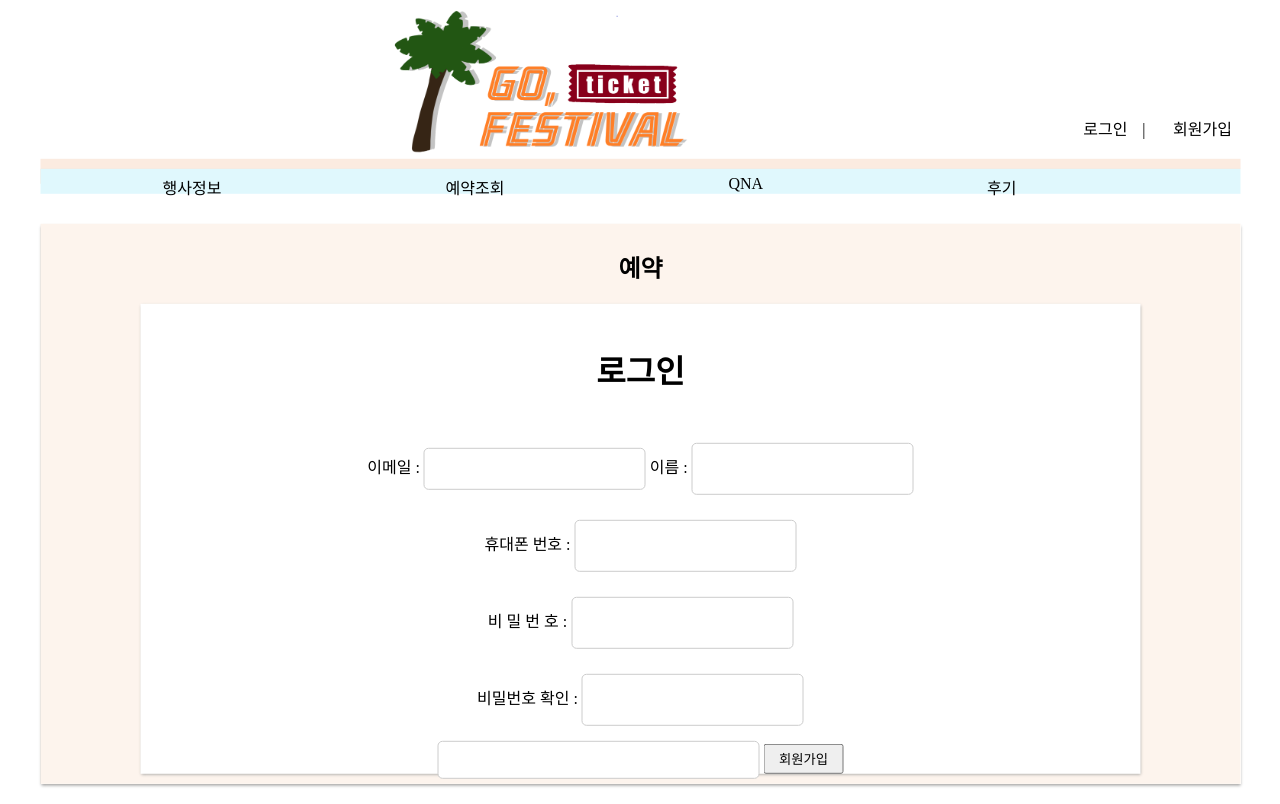
Repository: Changgyu1/Chang_Gu
Page: http://localhost/Project/register.jsp
These files come from the project's save history. The page is drawn as it stood at one moment and after the next save; the edit follows.
The browser window is 1280 px wide. The pictures show the whole page.
Some web fonts or font styles are not loaded; a fallback is used. The page is served by Tomcat 9. Other server files are loaded and not shown.

Above is the page before, as saved 2023-11-14 03:43:54.

### Project/src/main/webapp/register.jsp
<%@ page language="java" contentType="text/html; charset=UTF-8"
	pageEncoding="UTF-8"%>
	<%@ page import = "register.event.registerDAO" %>
	<%@ page import = "register.event.registerDTO" %>
	<%@ page import = "java.io.PrintWriter" %>
<!DOCTYPE html>
<html lang="UTF-8">
<head>
    <meta charset="UTF-8">
    <meta name="viewport" content="width=device-width, initial-scale=1.0">
    <title>예약</title>
    <link rel="stylesheet" type="text/css" href="./hjCss/main.css">
<link rel="stylesheet" type="text/css" href="./hjCss/reservationSearch.css">
</head>
<body>
<div id="wrapper">
    <!--로고이미지-->
    <img src="./image/로고1.png" id="logo">
    <!--로그인 버튼-->
    <div style="text-align: right; width: 1215px;">
    <%
    	if(session.getAttribute("email")!=null){
    %>
	 	<button type="button" onclick="location.href='logout.jsp'" style="width:75px;">로그아웃</button>
	 	 <h>|</h>
	    <button type="button" onclick="location.href='mypageServlet?email=<%=session.getAttribute("email")%>'" style="width:100px;">마이페이지</button>
	 <%
    	}else{
	 %>
		 <button type="button" onclick="location.href='login.jsp'" style="width:60px;">로그인</button>
		 <h>|</h>
	    <button type="button" onclick="location.href='join.jsp'" style="width:100px;">회원가입</button>
	  <%
    	}
	  %>

	</div>

<!-- 메뉴바 -->
  <div id="buttons">
		<ul>
			<li onclick="location.href='review_list.jsp'">후기</li>
			<li onclick="location.href='Qna_List.jsp'">QNA</li>
			<li onclick="location.href='reservation_search.jsp'">예약조회</li>
			<li onclick="location.href='Event_List.jsp'">행사정보</li>
		</ul>
	</div>
	<!-- 가운데 가장 큰 박스 -->
	<div id="background">

		<h2 style="padding-top:15px">예약</h2>
		<!-- 안에 글넣는 하얀 박스-->
		<div id="reviewbox">
           <!-- 회원가입 -->
           			<form action="register" method="post" onsubmit="return Check()">
				<h1>로그인</h1>
				<label for="email">이메일 : </label>
				 <input type="email" id="email" name="email" style="margin-top: 30px; width: 200px; height: 20px;" required>

					<label for="name">이름 : </label>
					<input type="text" id="name" name="name" style="margin-top: 30px;
					width: 200px; height: 30px;" required><br>

					<label for="phonenumber">휴대폰 번호 : </label>
					<input type="text" id="phonenumber" name="phonenumber" style="margin-top: 10px;
					width: 200px; height: 30px;" required><br>

					<label for="password">비 밀 번 호 : </label>
					<input type="password" id="password" name="password" style="margin-top: 10px;
					width: 200px; height: 30px;" required><br>

					<label for="passwordcheck">비밀번호 확인 : </label>
					<input type="password" id="passwordcheck" name="passwordcheck" style="margin-top: 10px;
					width: 200px; height: 30px;" required><br>  <input type="text", id=passwordOK>

					<input type="submit" onclick="Check()" value="회원가입" style="width: 80px; height: 30px;">
			</form>
        </div>
	 </div>

</div>
</body>
</html>

### Project/src/main/webapp/hjCss/main.css
@font-face {
    font-family: 'NanumSquareNeo-Variable';
    src: url('https://cdn.jsdelivr.net/gh/projectnoonnu/noonfonts_11-01@1.0/NanumSquareNeo-Variable.woff2') format('woff2');
    font-weight: normal;
    font-style: normal;
}

    *{
    font-family: 'NanumSquareNeo-Variable';
    }

     body{
 	   	 position: absolute;
            padding: 20px;
            top: 50%;
            left: 50%;
            transform: translate(-50%, -50%);
    }



    #logo{
        width:300px;
        margin-left:350px;
        margin-bottom:-56px;
        margin-top:50px;
    }


       #searchbox{
     margin-right:100px;
        }


    #buttons{
        background:rgba(150, 230, 248, 0.295);
        height: 25px;
        width: 1200px;
        box-shadow: 0px -10px 0px rgba(249, 220, 201, 0.575);
        margin-top: 25px;

    }

    button{
        border:none;
        background:none;
        margin: 3px;
        font-size: 16px;
        width: 250px;

    }

    #background{
        background-color:rgba(249, 220, 201, 0.326);
        width: 1200px;
        height: 550px;
        margin-top: 30px;

        box-shadow: 0px 2px 3px rgb(161, 160, 159);
        padding-top:10px;

    }



    #reviewbox{

    	padding-top:20px;
    	max-width: 1000px;
        height: 450px;
        margin-left:auto;
        margin-right:auto;
        background-color: #ffffff;
        text-align:center;
        box-shadow: 0px 1px 3px rgb(161, 160, 159);
        margin-top : 20px;


    }


    #review{
    margin:10px;
    width:700px;
    height:250px;

    }

    #review_title{
    margin:10px;
     width:700px;
    height:30px;

    }



    h2{
    font-family: 'NanumSquareNeo-Variable';
 	margin-top:0px;
    text-align: center;
    }


    #list{

            background-color: rgba(149, 150, 149, 0.055);
            border: 1px solid gray;
            border-collapse: collapse;
            padding: 10px;
            width:900px;
            text-align: center;
            margin-left:auto;
   			margin-right:auto;

        }


        th{

            background-color: rgba(161, 161, 161, 0.377);

        }

        th,td{

            border: 1px solid gray;
            padding: 10px;
        }

        #textbox{
        margin-right:100px;
        }

ul{
	list-style:none;
}

### Project/src/main/webapp/hjCss/reservationSearch.css


/* 입력 필드 스타일 */
input[type="text"],
input[type="email"],
 input[type="password"]{
    width: 30%;
    padding: 10px;
    margin-bottom: 15px;
    border: 1px solid #ccc;
    border-radius: 5px;
}


li{
		float:right;
		margin: 6px 224px 0px 0;
}


div#r_search {
    margin-top: 123px;
}

li#info{
	list-style:none;

}

After the next save:
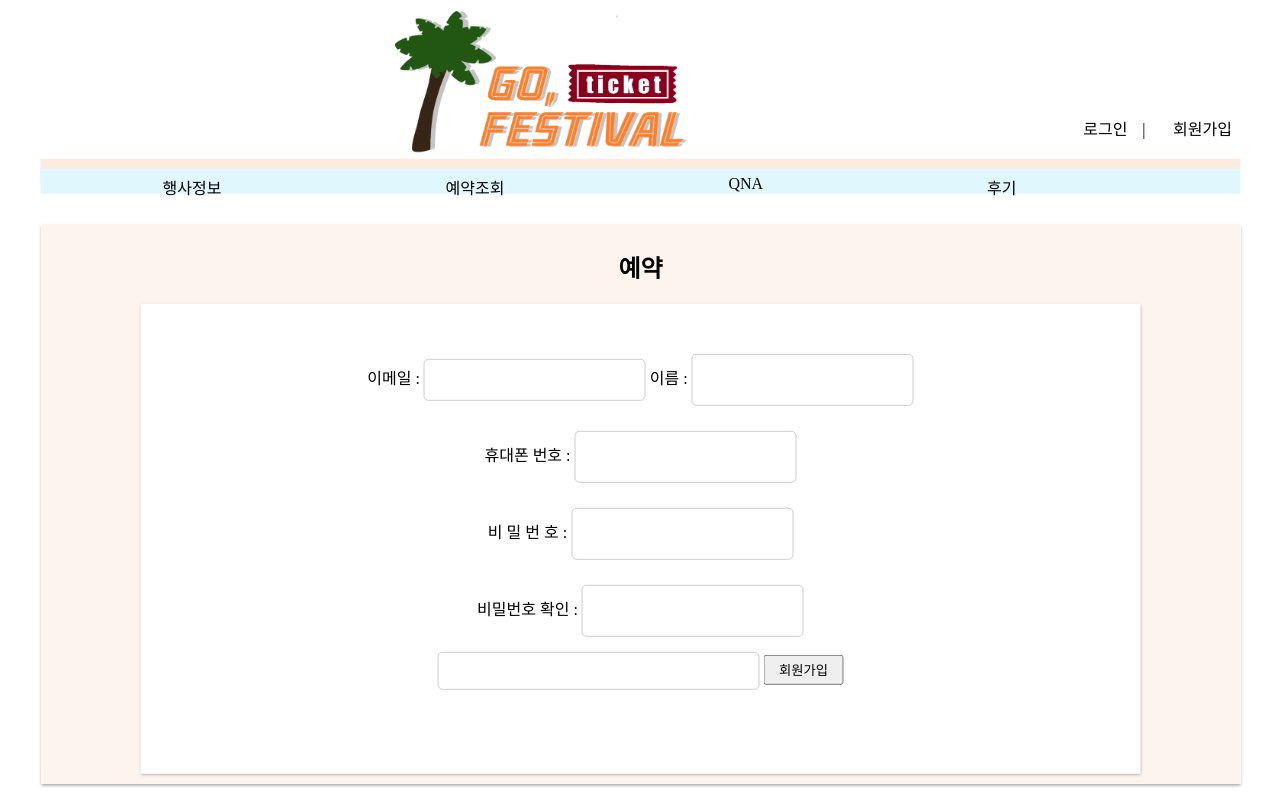
Saved 45 s later.
--- a/Project/src/main/webapp/register.jsp
+++ b/Project/src/main/webapp/register.jsp
@@ -53,7 +53,6 @@
 		<div id="reviewbox">
            <!-- 회원가입 -->
            			<form action="register" method="post" onsubmit="return Check()">
-				<h1>로그인</h1>
 				<label for="email">이메일 : </label>
 				 <input type="email" id="email" name="email" style="margin-top: 30px; width: 200px; height: 20px;" required>
 
